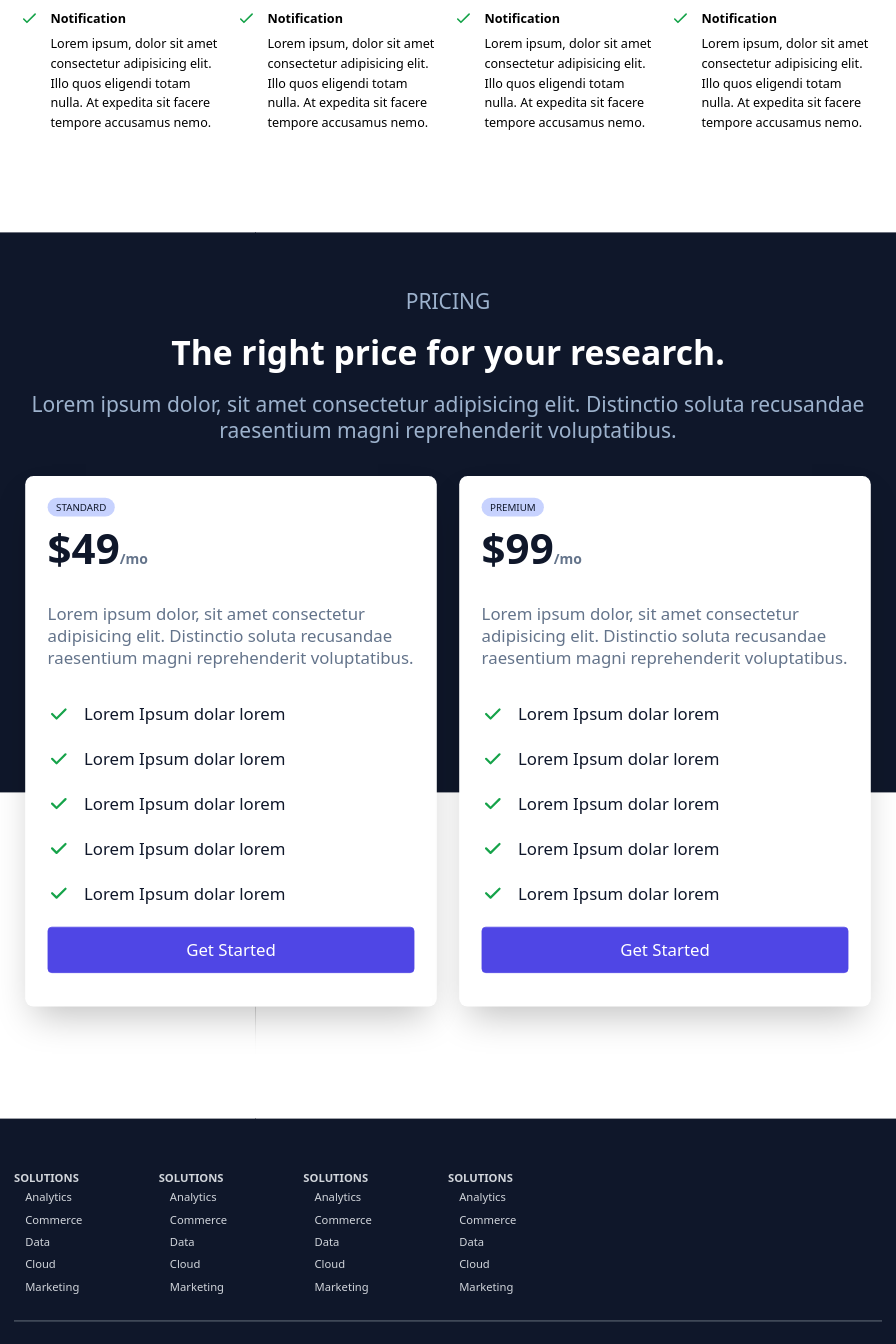
Repository: adrcstro/react-project-2
Page: /
An editor plug-in stored every save of this project. The page is shown before and after the next save, followed by the edit.
The browser window is 1280 px wide. The pictures show the part of the page from y = 2670 to 4590 px (the page is 4590 px tall), at 70% of full size.
The project was rebuilt for these pictures with package versions that can differ from the ones it lists, and the page was loaded fresh each time.

Above is the page before, as saved 2024-08-16 08:22:47.

### src/index.js
import React from 'react';
import ReactDOM from 'react-dom/client';
import './index.css';
import App from './App';

const root = ReactDOM.createRoot(document.getElementById('root'));
root.render(

    <App />

);

### src/index.css
@tailwind base;
@tailwind components;
@tailwind utilities;

@layer base{
    li{
       @apply p-4
    }
    button{
        @apply text-white border bg-indigo-600 border-indigo-600
        hover:bg-transparent hover:text-indigo-600 rounded-md
    }
}

### src/App.js
import About from "./components/About";
import AllinOne from "./components/AllinOne";
import Footer from "./components/Footer";
import Hero from "./components/Hero";
import Navbar from "./components/Navbar";
import Pricing from "./components/Pricing";
import Support from "./components/Support";



function App() {
  return (
    <>
<Navbar/>
<Hero/>
<About />
<Support />
<AllinOne/>
<Pricing />
<Footer />
    </>

  );
}

export default App;

### src/components/About.jsx
import React from 'react'

function About() {
  return (
    <div className='w-full my-32'>
        <div className='max-w-[1240px] mx-auto'>
          <div className='text-center'>
            <h2 className='text-5xl font-bold'>Trusted by developers across the world</h2>
            <p className='text-3xl py6 text-gray-500 px-3'>Trusted by developers across the world, our platform stands as a reliable choice for building robust
             applications. With a global community of skilled professionals.</p>
          </div>

          <div className='grid md:grid-cols-3 gap-3 px-2 text-center mt-4'>
             <div className='border py-8 rounded-xl shadow-xl'>
              <p className='text-6xl font-bold text-indigo-600'>100%</p>
              <p className='text-gray-400 mt-2'>Completion</p>
             </div>
             <div className='border py-8 rounded-xl shadow-xl'>
              <p className='text-6xl font-bold text-indigo-600'>24/7</p>
              <p className='text-gray-400 mt-2'>Delivery</p>
             </div>
             <div className='border py-8 rounded-xl shadow-xl'>
              <p className='text-6xl font-bold text-indigo-600'>100K</p>
              <p  className='text-gray-400 mt-2'>Transaction</p>
             </div>
          </div>
        </div>
    </div>
  )
}

export default About

### src/components/AllinOne.jsx
import React from 'react'
import { CheckIcon } from '@heroicons/react/outline'
function AllinOne() {
  return (
    <div className='w-full my-32'>
        <div className='max-w-[1240px] mx-auto px-2'>
            <h2 className='text-5xl font-bold text-center'>All-In-One Platform</h2>
            <p className='text-3xl py-8 text-gray-500 text-center'>Lorem ipsum, dolor sit amet consectetur adipisicing elit. Illo quos eligendi
            totam nulla. At expedita sit facere tempore accusamus nemo.</p>
        <div className='grid sm:grid-cols-2 lg:grid-cols-4 gap-4 pt-4'>

            <div>
                <div className='flex'>
                <div>
                <CheckIcon className='w-7 mr-4 text-green-600'/>
                </div>
                    <div className=''>
                        <h3 className='font-bold text-lg'>Notification</h3>
                        <p className='text-lg pt-2 pb-4'>Lorem ipsum, dolor sit amet consectetur adipisicing elit. Illo quos eligendi
                        totam nulla. At expedita sit facere tempore accusamus nemo.</p>
                    </div>
                </div>
            </div>
            <div>
                <div className='flex'>
                <div>
                <CheckIcon className='w-7 mr-4 text-green-600'/>
                </div>
                    <div className=''>
                        <h3 className='font-bold text-lg'>Notification</h3>
                        <p className='text-lg pt-2 pb-4'>Lorem ipsum, dolor sit amet consectetur adipisicing elit. Illo quos eligendi
                        totam nulla. At expedita sit facere tempore accusamus nemo.</p>
                    </div>
                </div>
            </div>
            <div>
                <div className='flex'>
                <div>
                <CheckIcon className='w-7 mr-4 text-green-600'/>
                </div>
                    <div className=''>
                        <h3 className='font-bold text-lg'>Notification</h3>
                        <p className='text-lg pt-2 pb-4'>Lorem ipsum, dolor sit amet consectetur adipisicing elit. Illo quos eligendi
                        totam nulla. At expedita sit facere tempore accusamus nemo.</p>
                    </div>
                </div>
            </div>
            <div>
                <div className='flex'>
                <div>
                <CheckIcon className='w-7 mr-4 text-green-600'/>
                </div>
                    <div className=''>
                        <h3 className='font-bold text-lg'>Notification</h3>
                        <p className='text-lg pt-2 pb-4'>Lorem ipsum, dolor sit amet consectetur adipisicing elit. Illo quos eligendi
                        totam nulla. At expedita sit facere tempore accusamus nemo.</p>
                    </div>
                </div>
            </div>
            <div>
                <div className='flex'>
                <div>
                <CheckIcon className='w-7 mr-4 text-green-600'/>
                </div>
                    <div className=''>
                        <h3 className='font-bold text-lg'>Notification</h3>
                        <p className='text-lg pt-2 pb-4'>Lorem ipsum, dolor sit amet consectetur adipisicing elit. Illo quos eligendi
                        totam nulla. At expedita sit facere tempore accusamus nemo.</p>
                    </div>
                </div>
            </div>
            <div>
                <div className='flex'>
                <div>
                <CheckIcon className='w-7 mr-4 text-green-600'/>
                </div>
                    <div className=''>
                        <h3 className='font-bold text-lg'>Notification</h3>
                        <p className='text-lg pt-2 pb-4'>Lorem ipsum, dolor sit amet consectetur adipisicing elit. Illo quos eligendi
                        totam nulla. At expedita sit facere tempore accusamus nemo.</p>
                    </div>
                </div>
            </div>
            <div>
                <div className='flex'>
                <div>
                <CheckIcon className='w-7 mr-4 text-green-600'/>
                </div>
                    <div className=''>
                        <h3 className='font-bold text-lg'>Notification</h3>
                        <p className='text-lg pt-2 pb-4'>Lorem ipsum, dolor sit amet consectetur adipisicing elit. Illo quos eligendi
                        totam nulla. At expedita sit facere tempore accusamus nemo.</p>
                    </div>
                </div>
            </div>
            <div>
                <div className='flex'>
                <div>
                <CheckIcon className='w-7 mr-4 text-green-600'/>
                </div>
                    <div className=''>
                        <h3 className='font-bold text-lg'>Notification</h3>
                        <p className='text-lg pt-2 pb-4'>Lorem ipsum, dolor sit amet consectetur adipisicing elit. Illo quos eligendi
                        totam nulla. At expedita sit facere tempore accusamus nemo.</p>
                    </div>
                </div>
            </div>

        </div>
        </div>
    </div>
  )
}

export default AllinOne

### src/components/Footer.jsx
import React from 'react'

import {
    FaFacebook,
    FaGithub,
    FaInstagram,
    FaTwitter,
    FaTwitch,
} from 'react-icons/fa';


function Footer() {
  return (
    <div className='w-full mt-24 bg-slate-900 text-gray-300 py-8 px-2'>
        <div className='max-w-[1240px] mx-auto grid md:grid-cols-6 border-b-2 border-gray-600 py-8'>
            <div>
                <h6 className='font-bold uppercase pt-2'>Solutions</h6>
                <ul>
                     <li className='py-1'>Analytics</li>
                     <li className='py-1'>Commerce</li>
                     <li className='py-1'>Data</li>
                     <li className='py-1'>Cloud</li>
                     <li className='py-1'>Marketing</li>
                </ul>
            </div>
            <div>
                <h6 className='font-bold uppercase pt-2'>Solutions</h6>
                <ul>
                     <li className='py-1'>Analytics</li>
                     <li className='py-1'>Commerce</li>
                     <li className='py-1'>Data</li>
                     <li className='py-1'>Cloud</li>
                     <li className='py-1'>Marketing</li>
                </ul>
            </div>
            <div>
                <h6 className='font-bold uppercase pt-2'>Solutions</h6>
                <ul>
                     <li className='py-1'>Analytics</li>
                     <li className='py-1'>Commerce</li>
                     <li className='py-1'>Data</li>
                     <li className='py-1'>Cloud</li>
                     <li className='py-1'>Marketing</li>
                </ul>
            </div>
            <div>
                <h6 className='font-bold uppercase pt-2'>Solutions</h6>
                <ul>
                     <li className='py-1'>Analytics</li>
                     <li className='py-1'>Commerce</li>
                     <li className='py-1'>Data</li>
                     <li className='py-1'>Cloud</li>
                     <li className='py-1'>Marketing</li>
                </ul>
            </div>
        </div>
    </div>
  )
}

export default Footer

### src/components/Hero.jsx
import React from 'react'
import {
  CloudUploadIcon,
  DatabaseIcon,
  PaperAirplaneIcon,
  ServerIcon,
} from '@heroicons/react/solid'

import bgImg from '../assets/cyber-bg.png'

function Hero() {
  return (
    <div className='w-full h-screen bg-zinc-200 flex flex-col justify-between'>
<div className='grid md:grid-cols-2 max-w-[1240px] m-auto'>
       <div className='flex flex-col justify-center md:items-start w-full px-2 py-8'>
        <p className='text-2xl'>Unique Sequencing & Production</p>
        <h1 className='py-3 text-5xl md:text-7xl font-bold'>Cloud Management</h1>
        <p className='text-2xl'>This is our Tech brand</p>
        <button className='py-3 px-6 sm:w-[60%] my-4 '>Get Started</button>
       </div>
       <div>
    <img className='w-full' src={bgImg} alt='/' />
       </div>
<div className='absolute flex flex-col py-8 md:min-w-[760px] bottom-[5%] mx-1 md:left-1/2
transform md:-translate-x-1/2 bg-zinc-200 border border-slate-300 rounded-xl text-center shadow-xl'>
  <p>Data Services</p>
  <div className='flex justify-between flex-wrap px-4'>
    <p className='flex px-4 py-2 text-slate-500'><CloudUploadIcon className='h-6 text-indigo-600' /> App Security</p>
    <p className='flex px-4 py-2 text-slate-500'><DatabaseIcon className='h-6 text-indigo-600' /> Dashboard</p>
    <p className='flex px-4 py-2 text-slate-500'><PaperAirplaneIcon className='h-6 text-indigo-600' /> Cloud Data</p>
    <p className='flex px-4 py-2 text-slate-500'><ServerIcon className='h-6 text-indigo-600' /> API</p>
  </div>
</div>
</div>
    </div>
  )
}

export default Hero

### src/components/Navbar.jsx
import React ,{useState} from 'react'
import {MenuIcon, XIcon} from '@heroicons/react/outline'

function Navbar() {

const [nav, setNav] = useState(false)
const handleClick = () => setNav(!nav)



  return (
    <div className='w-screen h-[80px] z-10 bg-zinc-200 fixed drop-shadow-lg'>
    <div className='px-2 flex justify-between items-center  w-full h-full'>
<div className='flex items-center'>
  <h1 className='text-3xl font-bold mr-4 sm:text-4xl'>BRANS.</h1>
  <ul className='hidden  md:flex'>
<li>Home</li>
<li>About</li>
<li>Support</li>
<li>Platforms</li>
<li>Pricing</li>
  </ul>
</div>
<div className='hidden md:flex pr-4'>
  <button className='border-none bg-transparent text-black mr-4'>Sign In</button>
  <button className='px-8 py-3'>Sign Up</button>
</div>

    <div  className='md:hidden mr-4' onClick={handleClick}>
    {!nav ? <MenuIcon className="w-5"/> : <XIcon className='w-5'/>}

    </div>
    </div>
<ul className={!nav ? 'hidden' : 'absolute bg-zinc-200 w-full px-8'}>
<li className='border-b-2 border-zinc-300 w-full'>Home</li>
<li className='border-b-2 border-zinc-300 w-full'>About</li>
<li className='border-b-2 border-zinc-300 w-full'>Support</li>
<li className='border-b-2 border-zinc-300 w-full'>Platforms</li>
<li className='border-b-2 border-zinc-300 w-full'>Pricing</li>
<div className='flex flex-col my-4'>
<button className='bg-transparent  text-indigo-600 px-8 py-3 mb-4'>Sign In</button>
<button className='px-8 py-3'>Sign Up</button>
</div>
</ul>

    </div>

  )
}

export default Navbar

### src/components/Pricing.jsx
import React from 'react'
import { CheckIcon } from '@heroicons/react/solid'
function Pricing() {
  return (
    <div className='w-full text-white my-24'>
        <div className='w-full h-[800px] bg-slate-900 absolute mix-blend-overlay'></div>
        <div className='max-w-[1240px] mx-auto py-12'>
        <div className='text-center py-8 text-slate-300'>
            <h2 className='text-3xl uppercase' >Pricing</h2>
            <h3 className='text-5xl font-bold text-white py-8'>The right price for your
            research.</h3>
            <p className='text-3xl '>Lorem ipsum dolor, sit amet consectetur
             adipisicing elit. Distinctio soluta recusandae
             raesentium magni reprehenderit voluptatibus.</p>
        </div>

       <div className='grid md:grid-cols-2 '>
        <div className='bg-white text-slate-900 m-4 p-8 rounded-xl shadow-2xl relative'>
            <span className='uppercase px-3 py-1 bg-indigo-200 rounded-2xl text-sm'>Standard</span>
            <div>
                <p className='text-6xl font-bold py-4 flex'>$49<span className='text-xl text-slate-500 flex flex-col justify-end'>/mo</span></p>
            </div>
            <p className='text-2xl py-8 text-slate-500'>Lorem ipsum dolor, sit amet consectetur
             adipisicing elit. Distinctio soluta recusandae
             raesentium magni reprehenderit voluptatibus.</p>
             <div className='text-2xl relative'>
                <p className='flex py-4'><CheckIcon className='w-8 mr-5 text-green-600'/> Lorem Ipsum dolar lorem</p>
                <p className='flex py-4'><CheckIcon className='w-8 mr-5 text-green-600'/> Lorem Ipsum dolar lorem</p>
                <p className='flex py-4'><CheckIcon className='w-8 mr-5 text-green-600'/> Lorem Ipsum dolar lorem</p>
                <p className='flex py-4'><CheckIcon className='w-8 mr-5 text-green-600'/> Lorem Ipsum dolar lorem</p>
                <p className='flex py-4'><CheckIcon className='w-8 mr-5 text-green-600'/> Lorem Ipsum dolar lorem</p>
                <button className='w-full py-4 my-4'>Get Started</button>
             </div>
        </div>
        <div className='bg-white text-slate-900 m-4 p-8 rounded-xl shadow-2xl relative'>
            <span className='uppercase px-3 py-1 bg-indigo-200 rounded-2xl text-sm'>Premium</span>
            <div>
                <p className='text-6xl font-bold py-4 flex'>$99<span className='text-xl text-slate-500 flex flex-col justify-end'>/mo</span></p>
            </div>
            <p className='text-2xl py-8 text-slate-500'>Lorem ipsum dolor, sit amet consectetur
             adipisicing elit. Distinctio soluta recusandae
             raesentium magni reprehenderit voluptatibus.</p>
             <div className='text-2xl relative'>
                <p className='flex py-4'><CheckIcon className='w-8 mr-5 text-green-600'/> Lorem Ipsum dolar lorem</p>
                <p className='flex py-4'><CheckIcon className='w-8 mr-5 text-green-600'/> Lorem Ipsum dolar lorem</p>
                <p className='flex py-4'><CheckIcon className='w-8 mr-5 text-green-600'/> Lorem Ipsum dolar lorem</p>
                <p className='flex py-4'><CheckIcon className='w-8 mr-5 text-green-600'/> Lorem Ipsum dolar lorem</p>
                <p className='flex py-4'><CheckIcon className='w-8 mr-5 text-green-600'/> Lorem Ipsum dolar lorem</p>
                <button className='w-full py-4 my-4'>Get Started</button>
             </div>
        </div>
       </div>



        </div>
    </div>
  )
}

export default Pricing

### src/components/Support.jsx
import React from 'react'
import {PhoneIcon, ArrowSmRightIcon} from '@heroicons/react/outline';
import {ChipIcon, SupportIcon} from '@heroicons/react/solid'

import supportImg from '../assets/support.jpg'
function Support() {
  return (
    <div className='w-full  mt-24'>
        <div className='w-full h-[700px] bg-gray-900/90 absolute'>
            <img className='w-full h-full object-cover mix-blend-overlay' src={supportImg} alt='/' />
        </div>
        <div className='w-max-w-[1240px] mx-auto text-white relative'>
            <div className='px-4 py-12'>
                <h2 className='text-3xl pt-8 text-slate-300 uppercase text-center'>Support</h2>
                <h3 className='text-5xl font-bold py-6 text-center'>Finding the right team</h3>
                <p className='py-4 text-3xl text-center text-slate-300 '>With a global community of skilled professionals, we ensure top-notch support and continuous innovation. Join thousands
                 who trust us to elevate their development projects to new heights</p>
            </div>


            <div className='grid grid-cols-1 lg:grid-cols-3 relative gap-x-8 gap-y-16 px-4 pt-12 sm:pt-20 text-black'>
            <div className='bg-white rounded-xl shadow-2xl'>
                 <div className='p-8'>
                    <PhoneIcon className='w-16 p-4 bg-indigo-600 text-white rounded-lg mt-[-4rem]'/>
                    <h3 className='font-bold text-2xl my-6'>Sales</h3>
                    <p className='text-gray-600 text-xl '>With a global community of skilled professionals, we ensure top-notch support and continuous innovation. Join thousands who trust us to elevate their development projects to new heights</p>
                 </div>
                 <div className='bg-slate-100 pl-8 py-4'>
                    <p className='flex items-center text-indigo-600'>Contact Us <ArrowSmRightIcon className='w-5 ml-2'/> </p>
                 </div>
            </div>
            <div className='bg-white rounded-xl shadow-2xl'>
                 <div className='p-8'>
                    <SupportIcon className='w-16 p-4 bg-indigo-600 text-white rounded-lg mt-[-4rem]'/>
                    <h3 className='font-bold text-2xl my-6'>Technical Support</h3>
                    <p className='text-gray-600 text-xl '>With a global community of skilled professionals, we ensure top-notch support and continuous innovation. Join thousands who trust us to elevate their development projects to new heights</p>
                 </div>
                 <div className='bg-slate-100 pl-8 py-4'>
                    <p className='flex items-center text-indigo-600'>Contact Us <ArrowSmRightIcon className='w-5 ml-2'/> </p>
                 </div>
            </div>
            <div className='bg-white rounded-xl shadow-2xl'>
                 <div className='p-8'>
                    <ChipIcon className='w-16 p-4 bg-indigo-600 text-white rounded-lg mt-[-4rem]'/>
                    <h3 className='font-bold text-2xl my-6'>Media Inquiries</h3>
                    <p className='text-gray-600 text-xl '>With a global community of skilled professionals, we ensure top-notch support and continuous innovation. Join thousands who trust us to elevate their development projects to new heights</p>
                 </div>
                 <div className='bg-slate-100 pl-8 py-4'>
                    <p className='flex items-center text-indigo-600'>Contact Us <ArrowSmRightIcon className='w-5 ml-2'/> </p>
                 </div>
            </div>
        </div>
    </div>
    </div>
  )
}

export default Support

Loaded but not shown: public/index.html (common file); tailwind.config.js (common file)

After the next save:
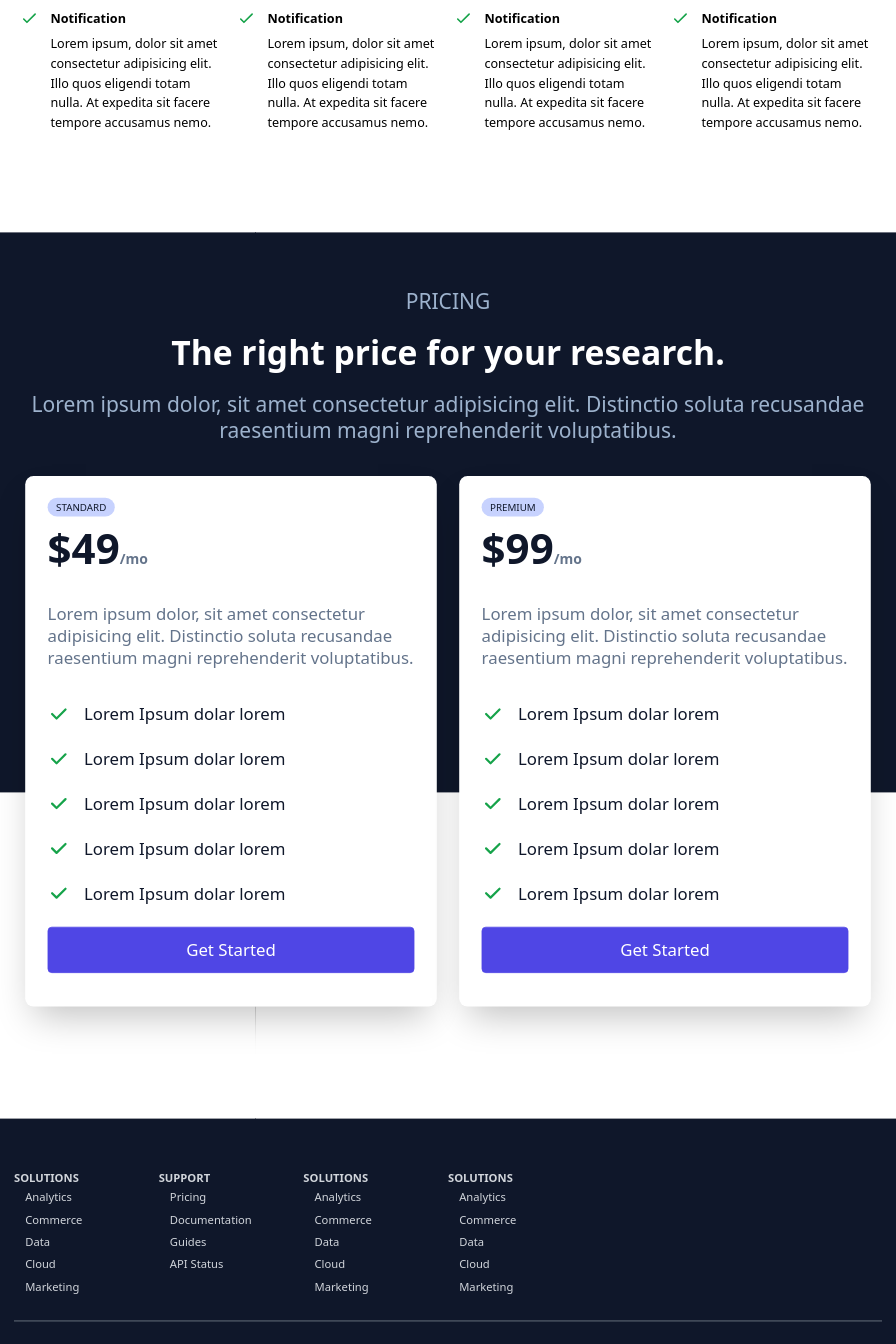
Saved 60 s later.
--- a/src/components/Footer.jsx
+++ b/src/components/Footer.jsx
@@ -24,13 +24,13 @@ function Footer() {
                 </ul>
             </div>
             <div>
-                <h6 className='font-bold uppercase pt-2'>Solutions</h6>
+                <h6 className='font-bold uppercase pt-2'>Support</h6>
                 <ul>
-                     <li className='py-1'>Analytics</li>
-                     <li className='py-1'>Commerce</li>
-                     <li className='py-1'>Data</li>
-                     <li className='py-1'>Cloud</li>
-                     <li className='py-1'>Marketing</li>
+                     <li className='py-1'>Pricing</li>
+                     <li className='py-1'>Documentation</li>
+                     <li className='py-1'>Guides</li>
+                     <li className='py-1'>API Status</li>
+
                 </ul>
             </div>
             <div>
